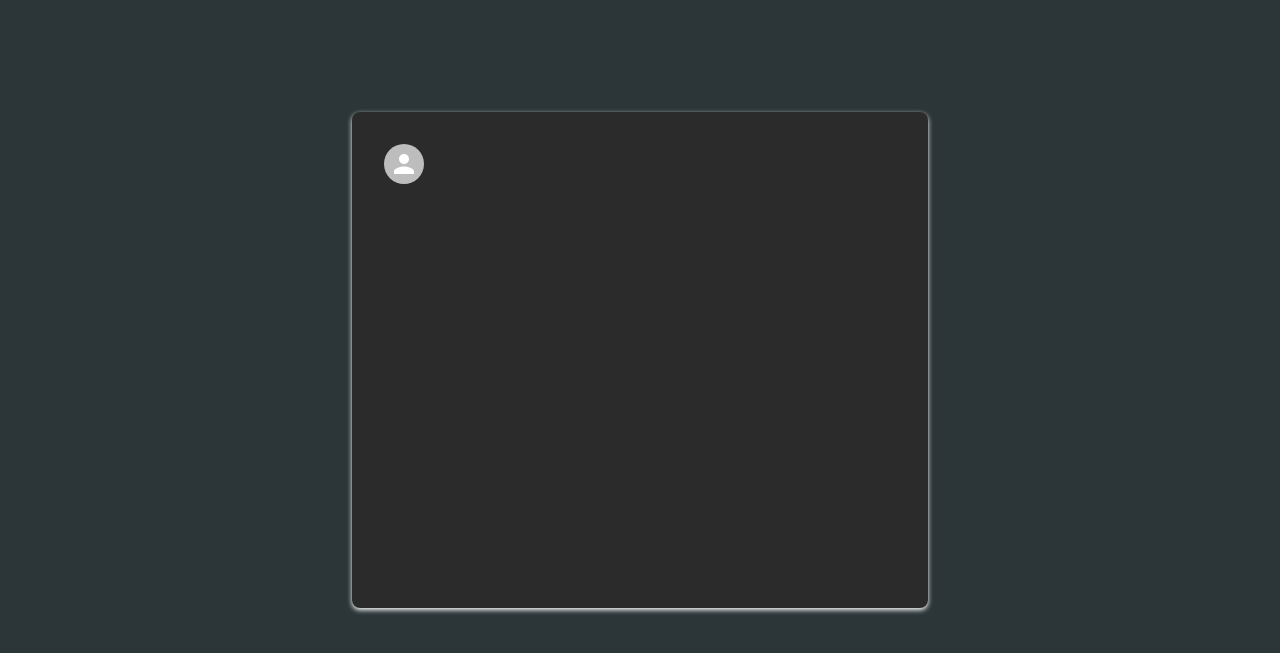
Repository: IzzaSuni/Izza-ToDo
Page: /publicNote/Private/profile
These files come from the project's save history. The page is drawn as it stood at one moment and after the next save; the edit follows.
The browser window is 1280 px wide. The pictures show the whole page.
The project was rebuilt for these pictures with package versions that can differ from the ones it lists, and the page was loaded fresh each time. Also part of the build but not shown: src/App.css, src/services.js, src/components/List.js, src/components/Filter.js, src/components/ohayo.js, src/utils/Query.js, src/components/navbar.js, src/components/MainPage.js and 4 more.

Above is the page before, as saved 2022-08-20 11:15:55.

After the next save:
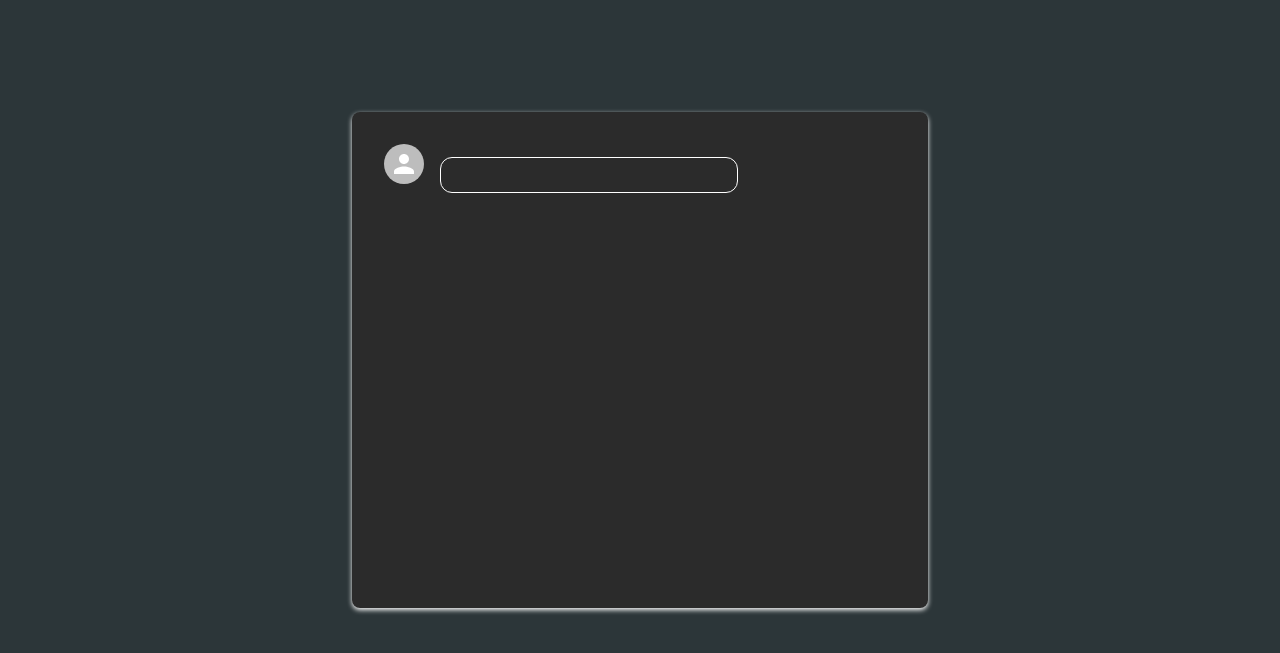
Saved 12 s later.
--- a/src/components/Profile.js
+++ b/src/components/Profile.js
@@ -29,12 +29,12 @@ export default function Profile() {
         <Box className={`${classes.card} shadow`}>
           <Box display="inline-flex">
             <Avatar src={user.picture}></Avatar>
-            <Typography sx={{pl:2}} alignSelf={"center"} variant={"h5"}>
+            <Typography sx={{ pl: 2 }} alignSelf={"center"} variant={"h5"}>
               {user.user}
             </Typography>
           </Box>
           <Box display="inline-flex">
-           <Input></Input>
+            <Input type="email"></Input>
           </Box>
         </Box>
       </Box>
